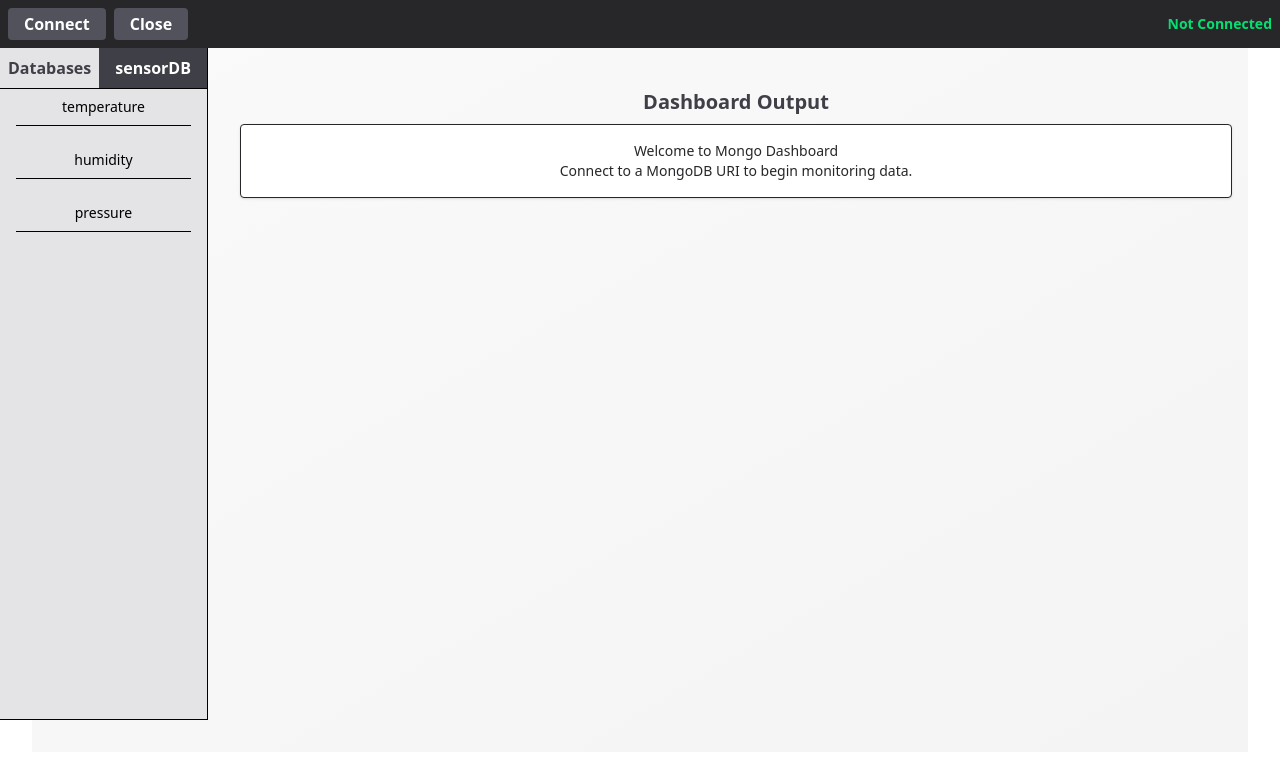
Repository: aryan151pratap/Dashboard
Page: / (app in frontened/), after clicking the first element matching `li.hover\:underline`
An editor plug-in stored every save of this project. The page is shown before and after the next save, followed by the edit.
The browser window is 1280 px wide. The pictures show the whole page.
The project was rebuilt for these pictures with package versions that can differ from the ones it lists, and the page was loaded fresh each time. Also part of the build but not shown: frontened/vite.config.js, frontened/src/component/connect.jsx.

Above is the page before, as saved 2025-06-24 14:27:43.

### frontened/index.html
<!doctype html>
<html lang="en">
  <head>
    <meta charset="UTF-8" />
    <link rel="icon" type="image/svg+xml" href="/vite.svg" />
    <meta name="viewport" content="width=device-width, initial-scale=1.0" />
    <title>Dashboard</title>
    <script src="https://cdn.jsdelivr.net/npm/@tailwindcss/browser@4"></script>

  </head>
  <body>
    <div id="root"></div>
    <script type="module" src="/src/main.jsx"></script>
  </body>
</html>

### frontened/src/App.jsx
import { useState } from 'react'
import './App.css'
import Dashboard from './component/dashboard'

function App() {

  return (
    <>
    <div className='h-screen w-full'>
      <Dashboard/>
    </div>
    </>
  )
}

export default App

### frontened/src/component/dashboard.jsx
import Bar from "./bar";

function Dashboard(){
	return(
		<>
		<div className="h-full w-full bg-gradient-to-br from-zinc-50 to-zinc-100">
			<Bar/>
		</div>
		</>
	)
}

export default Dashboard;

### frontened/src/component/bar.jsx
import { useState } from "react";
import Connect from "./connect";
import Left_bar from "./left_bar";
import Right_bar from "./right_bar";

function Bar() {
  const [buttons] = useState(["connect", "close"]);
  const [showModal, setShowModal] = useState(false);
  const [uri, setUri] = useState("");
  const [connected, setConnected] = useState(false);

  return (
    <div>
		{/* Top Navbar */}
		<div className="w-full fixed top-0 left-0 flex justify-between items-center p-2 bg-zinc-800 text-white z-10">
			<div className="flex gap-2">
			{buttons.map((i, index) => (
				<button
				key={index}
				onClick={() => i === "connect" && setShowModal(true)}
				className="capitalize font-semibold bg-zinc-600 px-4 py-1 rounded hover:bg-zinc-700"
				>
				{i}
				</button>
			))}
			</div>
			<p className="font-semibold text-green-400 text-sm">
			{connected ? "Connected" : "Not Connected"}
			</p>
		</div>

		<div className="h-screen flex flex-col">

			<Left_bar/>

			<Right_bar/>

		</div>

		{showModal && (
			<Connect
				uri={uri}
				setUri={setUri}
				setConnected={setConnected}
				setShowModal={setShowModal}
			/>
		)}
    </div>
  );
}

export default Bar;

### frontened/src/component/left_bar.jsx
import { useState } from "react";
import clusterData from "../data/clusterData";

function Left_bar(){
	const [current_database, setCurrent_database] = useState(null);

	const handle_current_database = function(i){
		setCurrent_database(i);
	}
	return(
		<>
		<div className="shrink-0 h-fit sm:h-full w-full pt-12 sm:w-fit bg-zinc-200 sm:fixed left-0 top-0 border-b sm:border-r">

			<div className="flex flex-row border-b">
				<button className={`sm:w-full sm:text-center font-bold px-2 py-2 ${current_database === null ? 'text-white bg-zinc-700' : 'text-zinc-700'}`}
				onClick={() => setCurrent_database(null)}
				>
					Databases
				</button>

				{current_database &&
					<button className={`sm:text-center font-bold px-4 py-2 ${current_database !== null ? 'text-white bg-zinc-700' : 'text-zinc-700'}`}>{current_database.name}</button>
				}
			</div>


			<ul className="px-4 text-sm flex sm:flex-col flex-row gap-4">
			{current_database ?
			<>
				{current_database.collections.map((i, index) => (
					<li className="hover:underline cursor-pointer border-b py-2"
					// onClick={() => handle_current_database(i)}
					>
						{i}
					</li>
				))}
			</>
			:
			<>
				{clusterData.databases.map((i, index) => (
					<li className="hover:underline cursor-pointer"
					onClick={() => handle_current_database(i)}
					>
						{i.name}
					</li>
				))}
			</>
			}
			</ul>
		</div>
		</>
	)
}

export default Left_bar;

### frontened/src/component/right_bar.jsx
function Right_bar(){
	return(
		<>
		<div className="sm:ml-48 pt-14 p-4">
			<h1 className="text-xl font-bold mb-2 text-zinc-700">Dashboard Output</h1>
			<div className="bg-white p-4 border rounded shadow text-sm text-zinc-800">
			<p>Welcome to Mongo Dashboard</p>
			<p>Connect to a MongoDB URI to begin monitoring data.</p>
			</div>
		</div>
		</>
	)
}

export default Right_bar;

### frontened/src/data/clusterData.js
const clusterData = {
  name: "iotCluster",
  uri: "mongodb+srv://admin:pass@iotcluster.mongodb.net", // optional metadata
  databases: [
    {
      name: "sensorDB",
      collections: ["temperature", "humidity", "pressure"]
    },
    {
      name: "deviceLogs",
      collections: ["bootLogs", "errorLogs", "runtimeStats"]
    },
    {
      name: "statusDB",
      collections: ["uptime", "statusHistory", "batteryHealth"]
    }
  ]
};

export default clusterData;

Loaded but not shown: frontened/src/main.jsx (common file); frontened/src/App.css (common file)

After the next save:
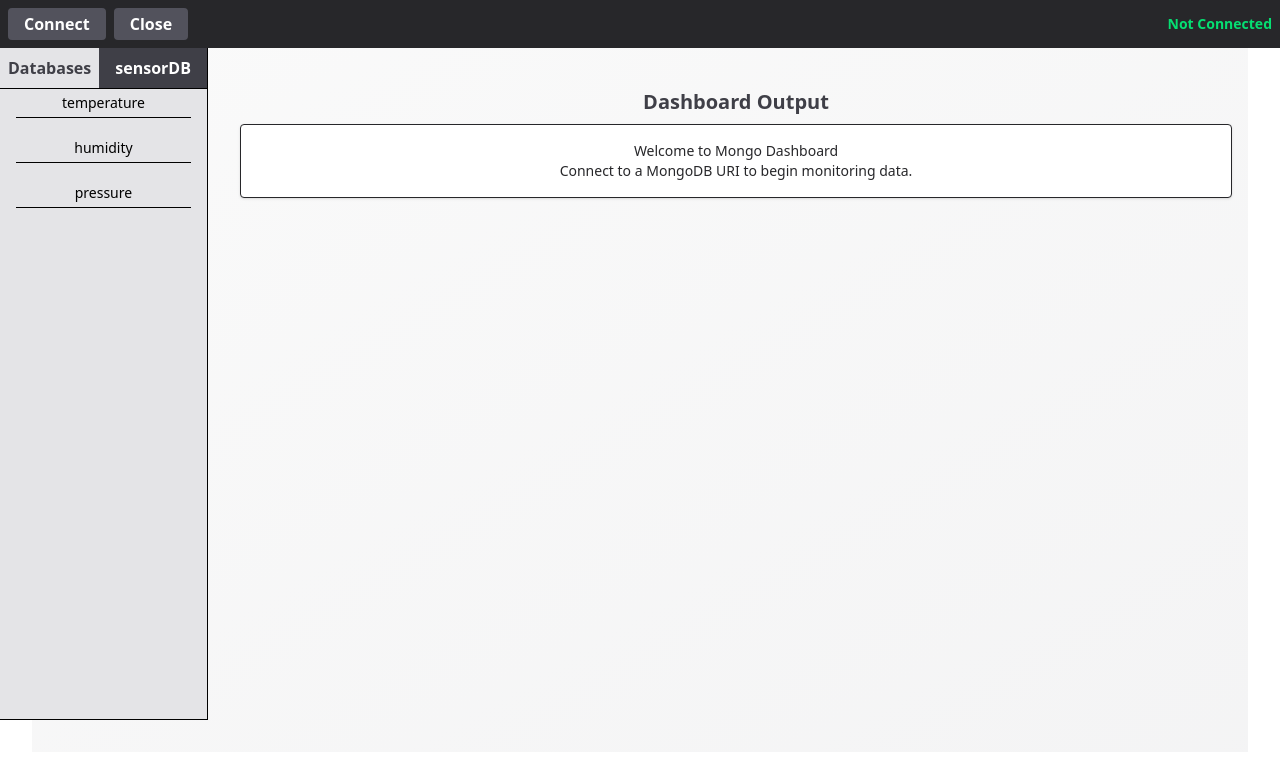
Saved 4 s later.
--- a/frontened/src/component/left_bar.jsx
+++ b/frontened/src/component/left_bar.jsx
@@ -28,7 +28,7 @@ function Left_bar(){
 			{current_database ?
 			<>
 				{current_database.collections.map((i, index) => (
-					<li className="hover:underline cursor-pointer border-b py-2"
+					<li className="hover:underline cursor-pointer border-b py-1"
 					// onClick={() => handle_current_database(i)}
 					>
 						{i}
